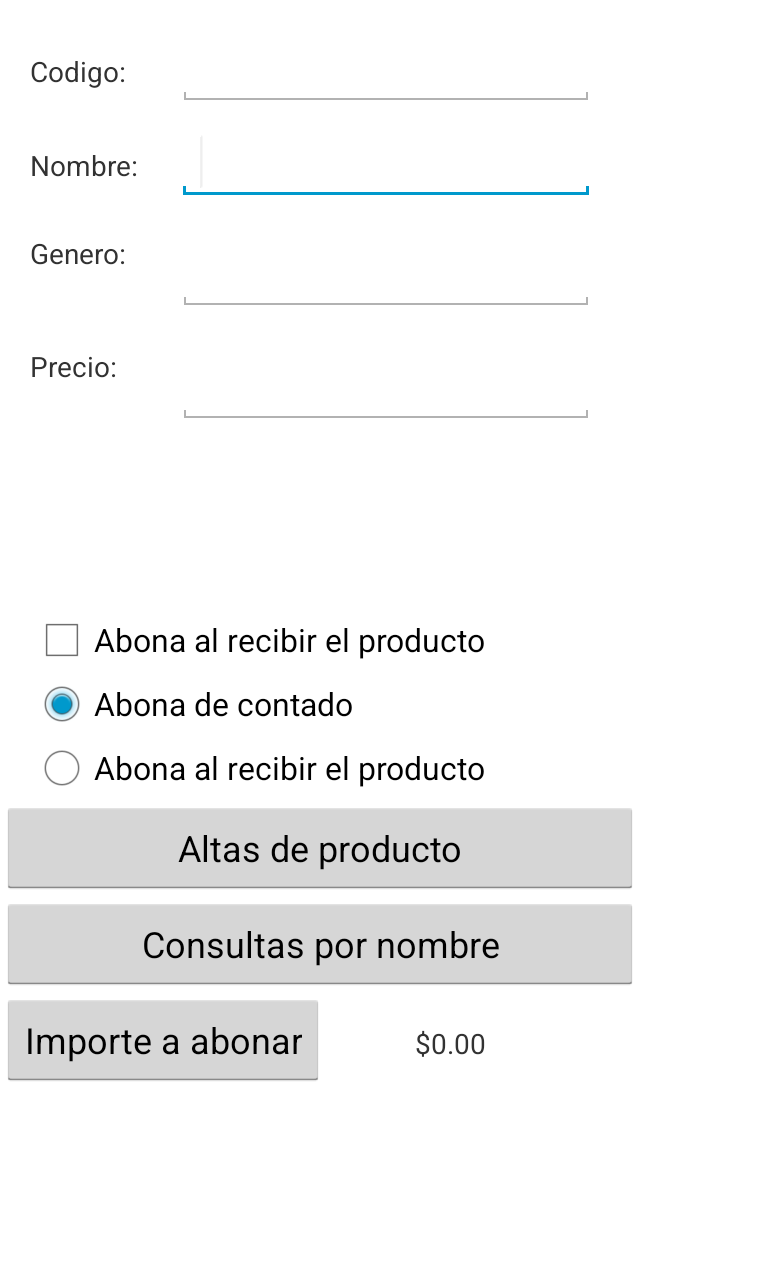
Repository: unknoman/javaAndroidDesempenos
Layout: parcial2h/res/layout/activity_main.xml
An editor plug-in stored every save of this project. The layout is shown before and after the next save, followed by the edit.
It is drawn on a 768 x 1280 px phone screen (xhdpi) without system bars, with theme AppTheme; the app's code is not run.

Above is the layout before, as saved 2022-06-16 07:19:24.

### parcial2h/res/layout/activity_main.xml
<RelativeLayout xmlns:android="http://schemas.android.com/apk/res/android"
    xmlns:tools="http://schemas.android.com/tools"
    android:layout_width="match_parent"
    android:layout_height="match_parent"
    tools:context=".MainActivity" >

    <TextView
        android:id="@+id/textView2"
        android:layout_width="wrap_content"
        android:layout_height="wrap_content"
        android:layout_alignParentLeft="true"
        android:layout_below="@+id/textView1"
        android:layout_marginLeft="15dp"
        android:layout_marginTop="28dp"
        android:text="Nombre:" />

    <TextView
        android:id="@+id/textView1"
        android:layout_width="wrap_content"
        android:layout_height="wrap_content"
        android:layout_alignLeft="@+id/textView2"
        android:layout_alignParentTop="true"
        android:layout_marginTop="26dp"
        android:text="Codigo:" />

    <TextView
        android:id="@+id/textView3"
        android:layout_width="wrap_content"
        android:layout_height="wrap_content"
        android:layout_alignRight="@+id/textView1"
        android:layout_below="@+id/textView2"
        android:layout_marginTop="25dp"
        android:text="Genero:" />

    <EditText
        android:id="@+id/et1"
        android:layout_width="wrap_content"
        android:layout_height="wrap_content"
        android:layout_alignBaseline="@+id/textView1"
        android:layout_alignBottom="@+id/textView1"
        android:layout_marginLeft="19dp"
        android:layout_toRightOf="@+id/textView2"
        android:ems="10"
        android:inputType="number" />

    <EditText
        android:id="@+id/et2"
        android:layout_width="wrap_content"
        android:layout_height="wrap_content"
        android:layout_alignBaseline="@+id/textView2"
        android:layout_alignBottom="@+id/textView2"
        android:layout_alignLeft="@+id/et1"
        android:ems="10" >

        <requestFocus />
    </EditText>

    <EditText
        android:id="@+id/et3"
        android:layout_width="wrap_content"
        android:layout_height="wrap_content"
        android:layout_alignLeft="@+id/et2"
        android:layout_alignTop="@+id/textView3"
        android:ems="10" />

    <EditText
        android:id="@+id/et4"
        android:layout_width="wrap_content"
        android:layout_height="wrap_content"
        android:layout_alignLeft="@+id/et3"
        android:layout_alignTop="@+id/textView4"
        android:ems="10"
        android:inputType="numberDecimal" />

    <TextView
        android:id="@+id/textView4"
        android:layout_width="wrap_content"
        android:layout_height="wrap_content"
        android:layout_alignLeft="@+id/textView2"
        android:layout_below="@+id/et3"
        android:layout_marginTop="17dp"
        android:text="Precio:" />

    <CheckBox
        android:id="@+id/cb1"
        android:layout_width="wrap_content"
        android:layout_height="wrap_content"
        android:layout_alignLeft="@+id/textView4"
        android:layout_centerVertical="true"
        android:text="Abona al recibir el producto" />

    <RadioGroup
        android:id="@+id/radioGroup1"
        android:layout_width="wrap_content"
        android:layout_height="wrap_content"
        android:layout_alignLeft="@+id/cb1"
        android:layout_below="@+id/cb1" >

        <RadioButton
            android:id="@+id/rd1"
            android:layout_width="wrap_content"
            android:layout_height="wrap_content"
            android:checked="true"
            android:text="Abona de contado" />

        <RadioButton
            android:id="@+id/rd2"
            android:layout_width="wrap_content"
            android:layout_height="wrap_content"
            android:text="Abona al recibir el producto" />
    </RadioGroup>

    <TextView
        android:id="@+id/tv1"
        android:layout_width="wrap_content"
        android:layout_height="wrap_content"
        android:layout_alignBaseline="@+id/button3"
        android:layout_alignBottom="@+id/button3"
        android:layout_alignRight="@+id/cb1"
        android:text="$0.00" />

    <Button
        android:id="@+id/button1"
        android:layout_width="320dp"
        android:layout_height="wrap_content"
        android:layout_alignParentLeft="true"
        android:layout_below="@+id/radioGroup1"
        android:minWidth="64dp"
        android:text="Altas de producto" />

    <Button
        android:id="@+id/button2"
        android:layout_width="320dp"
        android:layout_height="wrap_content"
        android:layout_alignParentLeft="true"
        android:layout_below="@+id/button1"
        android:text="Consultas por nombre" />

    <Button
        android:id="@+id/button3"
        android:layout_width="wrap_content"
        android:layout_height="wrap_content"
        android:layout_alignParentLeft="true"
        android:layout_below="@+id/button2"
        android:onClick="importe"
        android:text="Importe a abonar" />

</RelativeLayout>

Loaded but not shown: parcial2h/res/values/styles.xml (common file); parcial2h/res/values-v11/styles.xml (common file); parcial2h/res/values-v14/styles.xml (common file)

After the next save:
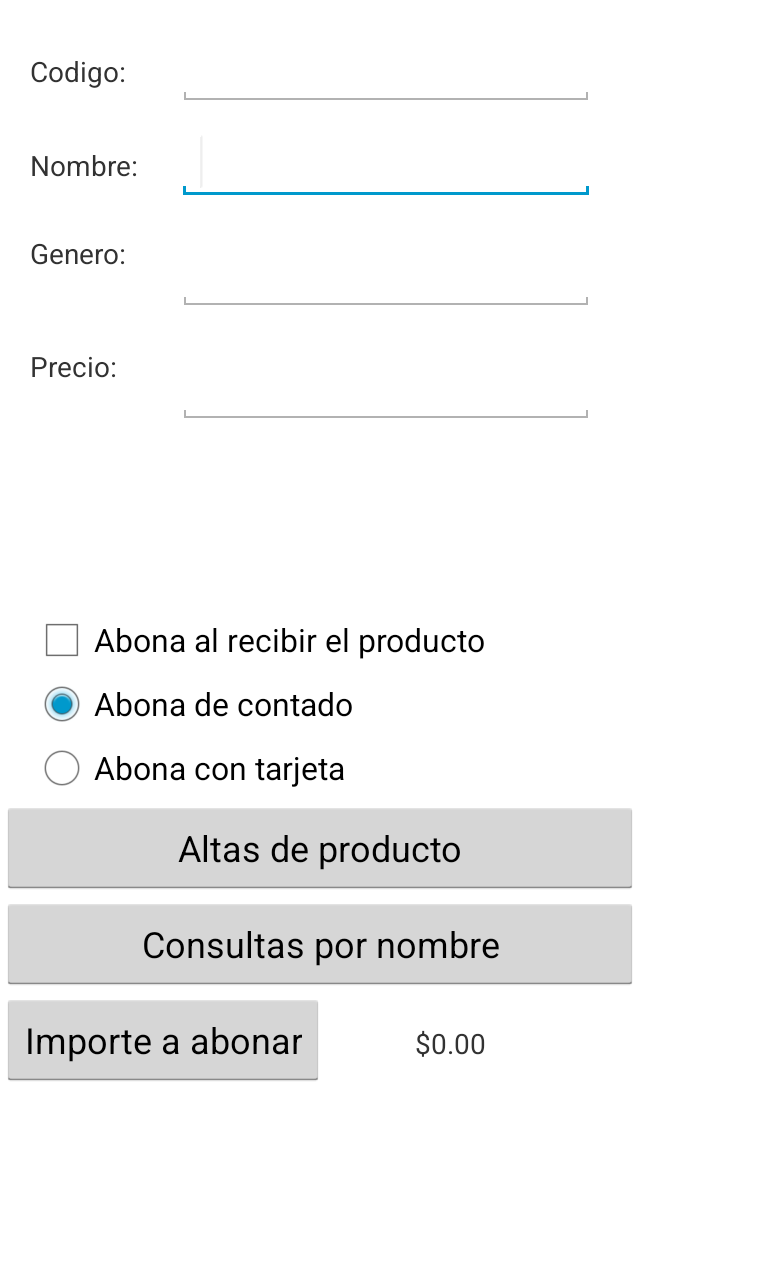
Saved 25 min 55 s later.
--- a/parcial2h/res/layout/activity_main.xml
+++ b/parcial2h/res/layout/activity_main.xml
@@ -107,7 +107,7 @@
             android:id="@+id/rd2"
             android:layout_width="wrap_content"
             android:layout_height="wrap_content"
-            android:text="Abona al recibir el producto" />
+            android:text="Abona con tarjeta" />
     </RadioGroup>
 
     <TextView
